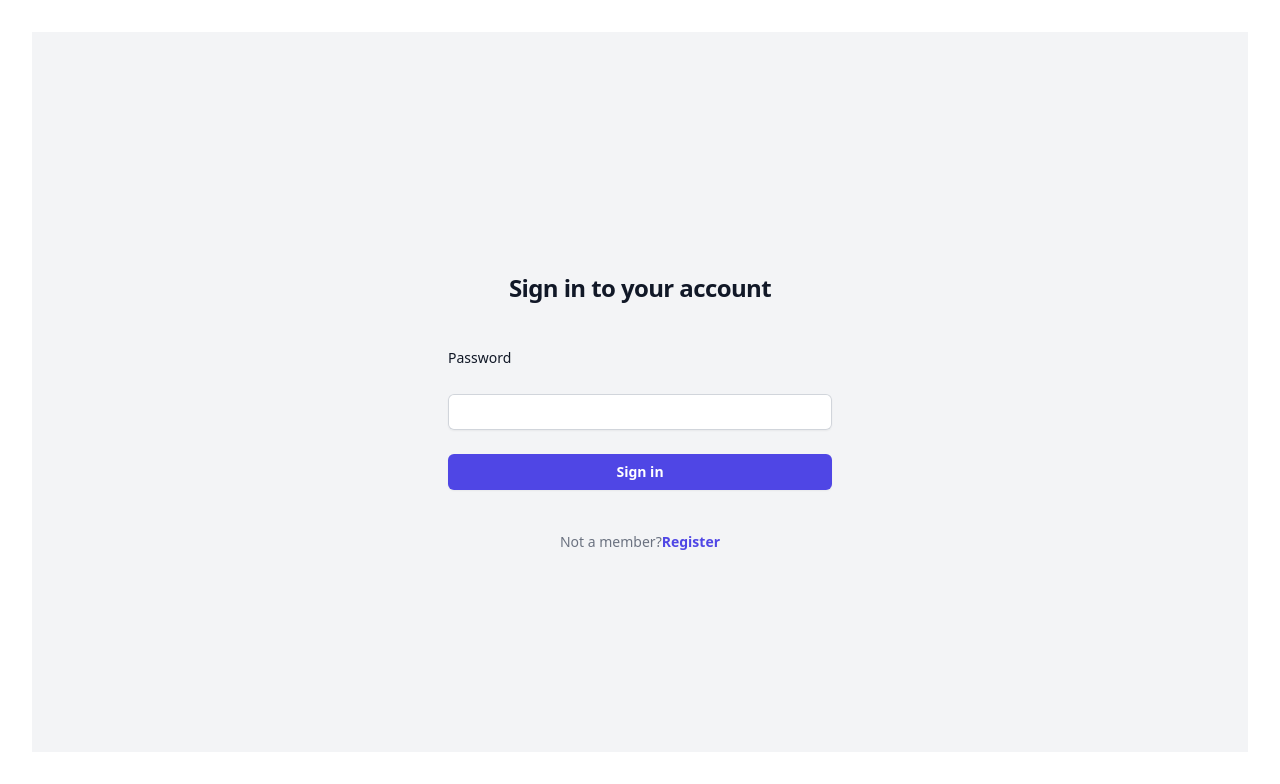
Repository: Wafaabahgat/Formik_React
Page: /
These files come from the project's save history. The page is drawn as it stood at one moment and after the next save; the edit follows.
The browser window is 1280 px wide. The pictures show the whole page.
The project was rebuilt for these pictures with package versions that can differ from the ones it lists, and the page was loaded fresh each time. Also part of the build but not shown: vite.config.ts.

Above is the page before, as saved 2024-02-13 20:59:10.

After the next save:
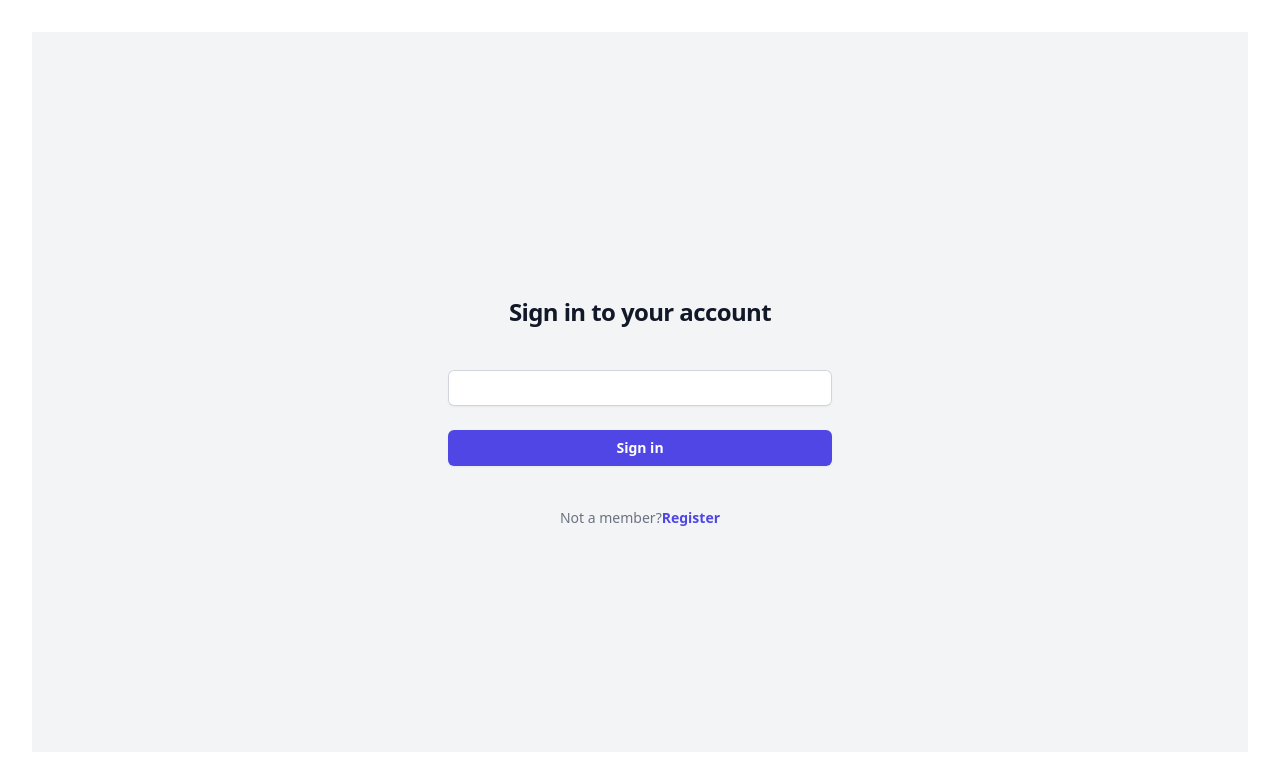
Saved 7 s later.
--- a/src/components/RegistrationForm.jsx
+++ b/src/components/RegistrationForm.jsx
@@ -43,14 +43,14 @@ const RegistrationForm = () => {
 
       <div className="mt-10 sm:mx-auto sm:w-full sm:max-w-sm">
         <form className="space-y-6" action="#" method="POST">
-          <div className="flex items-center justify-between">
-            <label
-              htmlFor="password"
-              className="block text-sm font-medium leading-6 text-gray-900"
-            >
-              Password
-            </label>
-          </div>
+
+
+
+
+
+
+
+
           <div className="">
             <input
               id="password"
